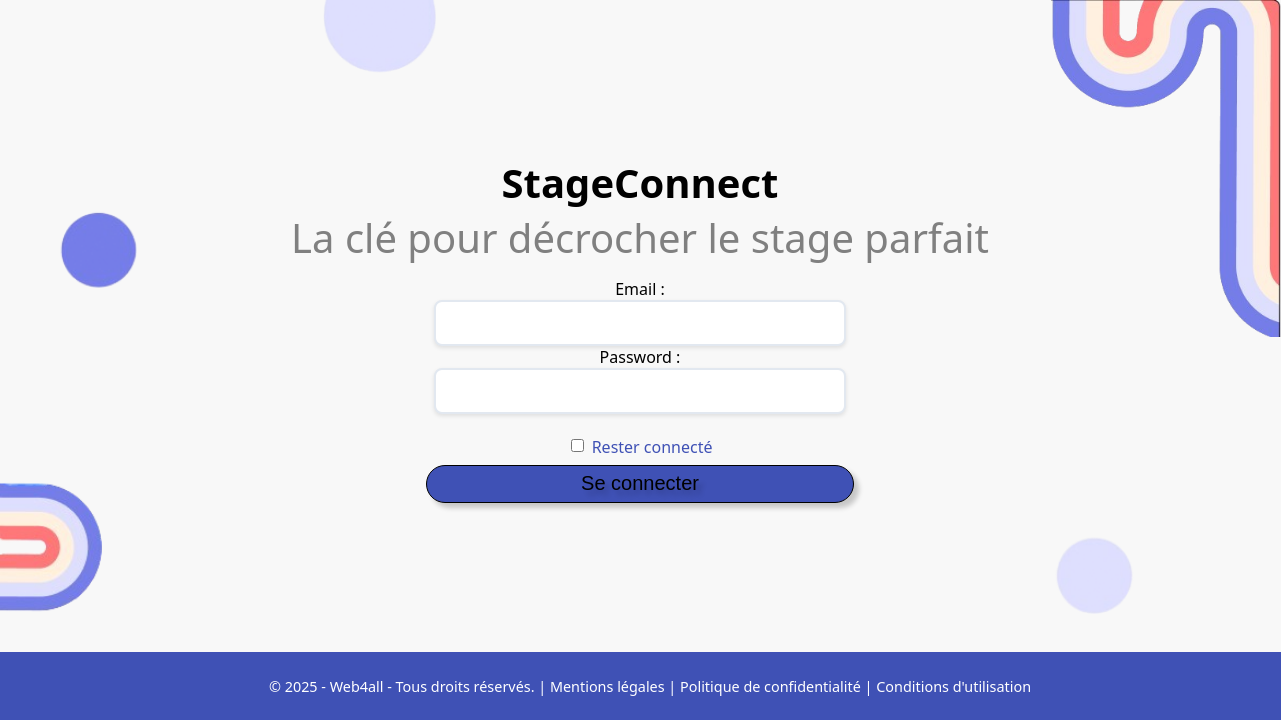
Repository: Guyllem/GroupeWeb
Page: pages/connexion.html
An editor plug-in stored every save of this project. The page is shown before and after a run of saves, followed by the edit.
The browser window is 1280 px wide. The page is 1281 px wide, so the pictures cover 1281 px, including what lies to the right of the window. The pictures show the whole page.

Above is the page before, as saved 2025-02-13 18:34:35.

After the next 3 saves:
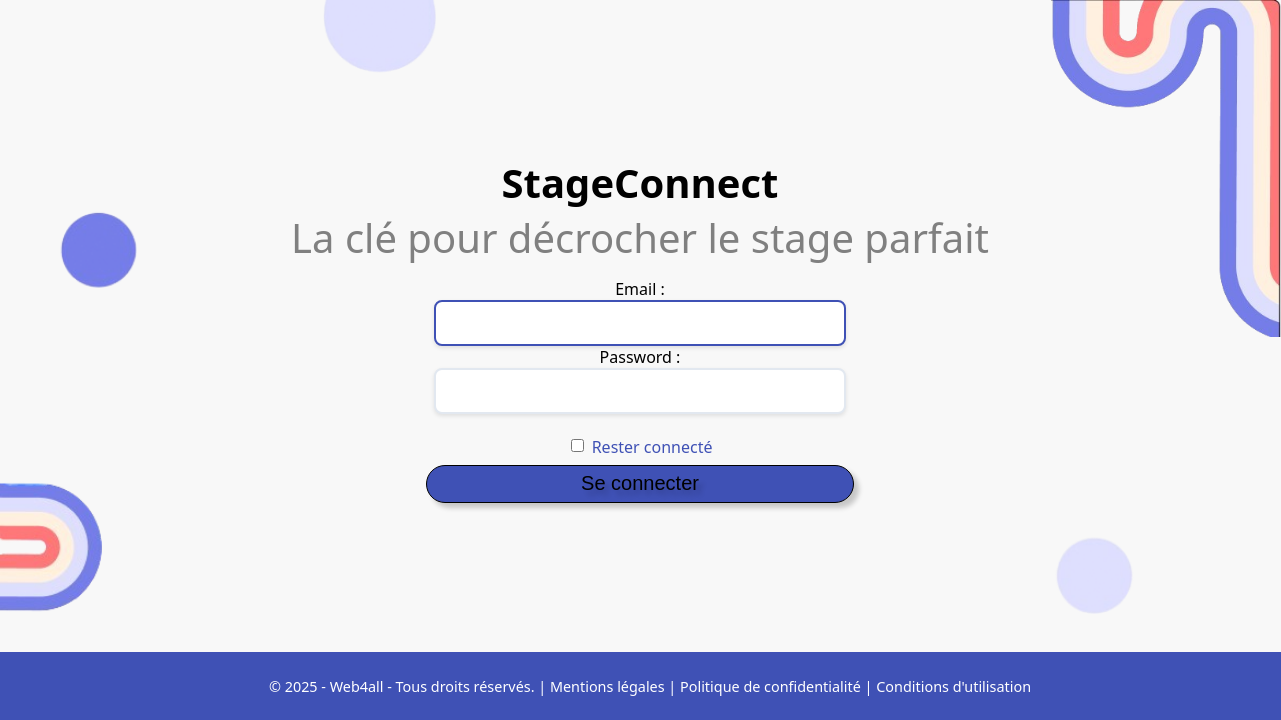
The 3 saves are shown as one change because they came seconds apart.
The last was saved 11 s later.
--- a/styles.css
+++ b/styles.css
@@ -130,7 +130,7 @@ footer a {
 .email-form input{
     width: 30%;
     padding: 12px;
-    border: 2px solid #e2e8f0;
+    border: 2px solid #3F51B5;
     border-radius: 8px; /* Coins arrondis */
     font-size: 1rem; /* Taille de la police */
     color: #2d3748; /* Couleur du texte */
